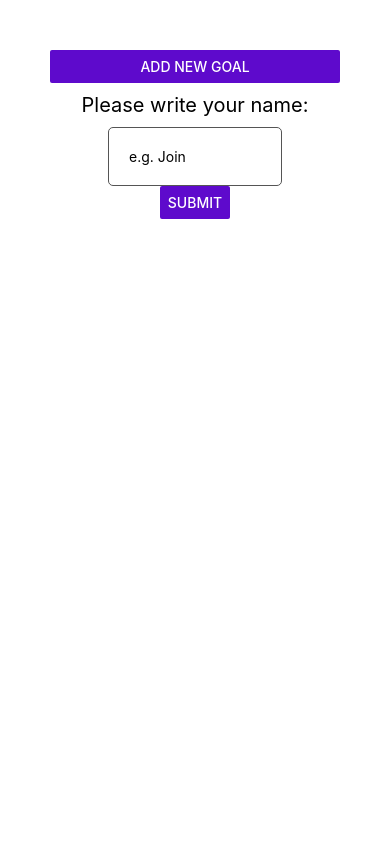
Repository: ntu34543/React-Native-Example1
Screen: /
The author's editor kept a copy of each file at every save. The screen is drawn from the files as they stood at one save, then again after the next save.
The app was drawn by React Native's web renderer in a window 390 px wide. The project was rebuilt for these pictures with package versions that can differ from the ones it lists, and the page was loaded fresh each time. Also part of the build but not shown: components/Goalltem.js.

Above is the screen before, as saved 2022-09-12 15:51:20.

After the next save:
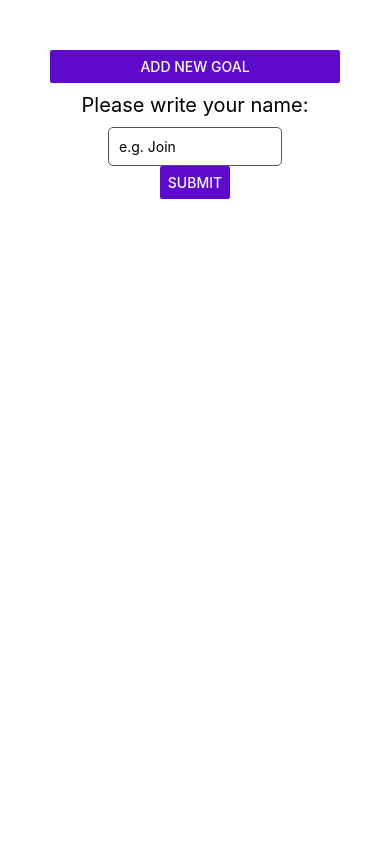
Saved 12 s later.
--- a/App.js
+++ b/App.js
@@ -122,6 +122,6 @@ const styles = StyleSheet.create({
     borderColor: "#555",
     borderRadius: 5,
     width: "60%",
-    padding: 20,
+    padding: 10,
   },
 });
